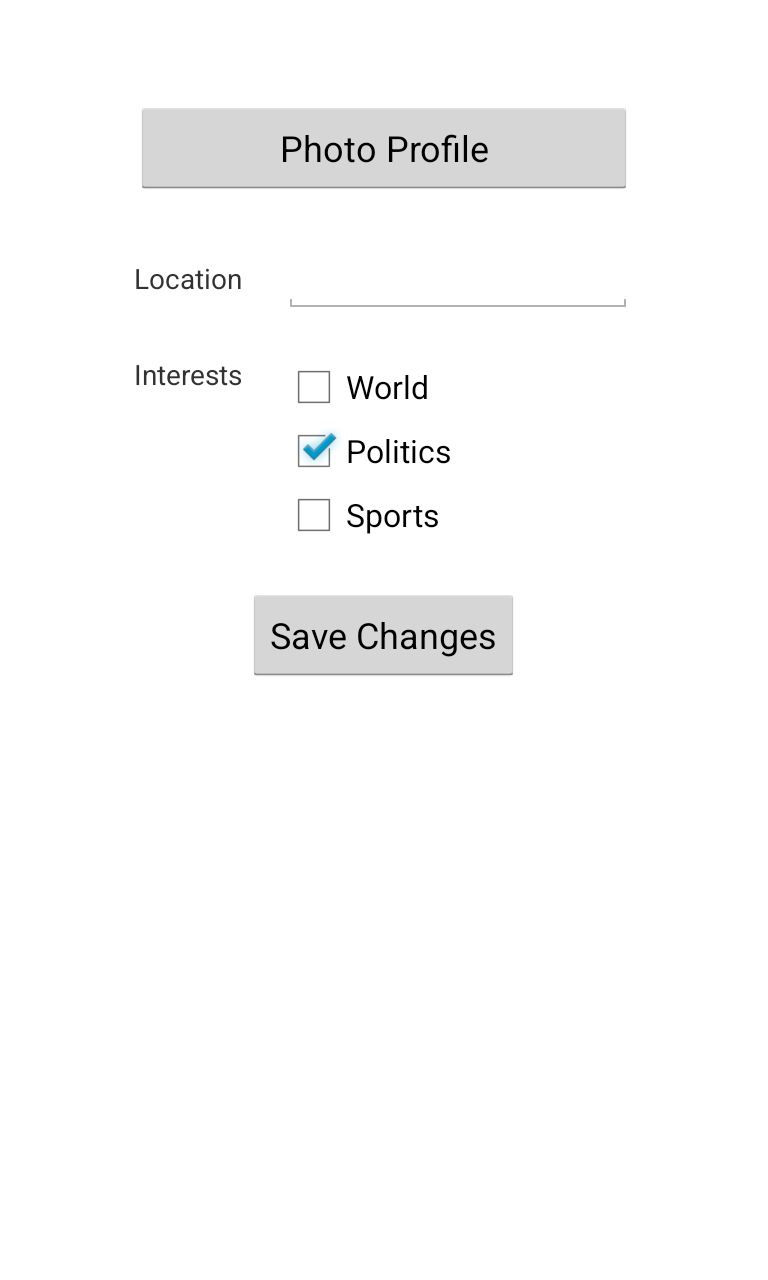
Repository: elvispap/The_Voice_of_People_Android_app
Layout: Voice of People/res/layout/profile_settings.xml
An editor plug-in stored every save of this project. The layout is shown before and after the next save, followed by the edit.
It is drawn on a 768 x 1280 px phone screen (xhdpi) without system bars, with theme AppTheme; the app's code is not run.

Above is the layout before, as saved 2014-01-07 00:56:27.

After the next save:
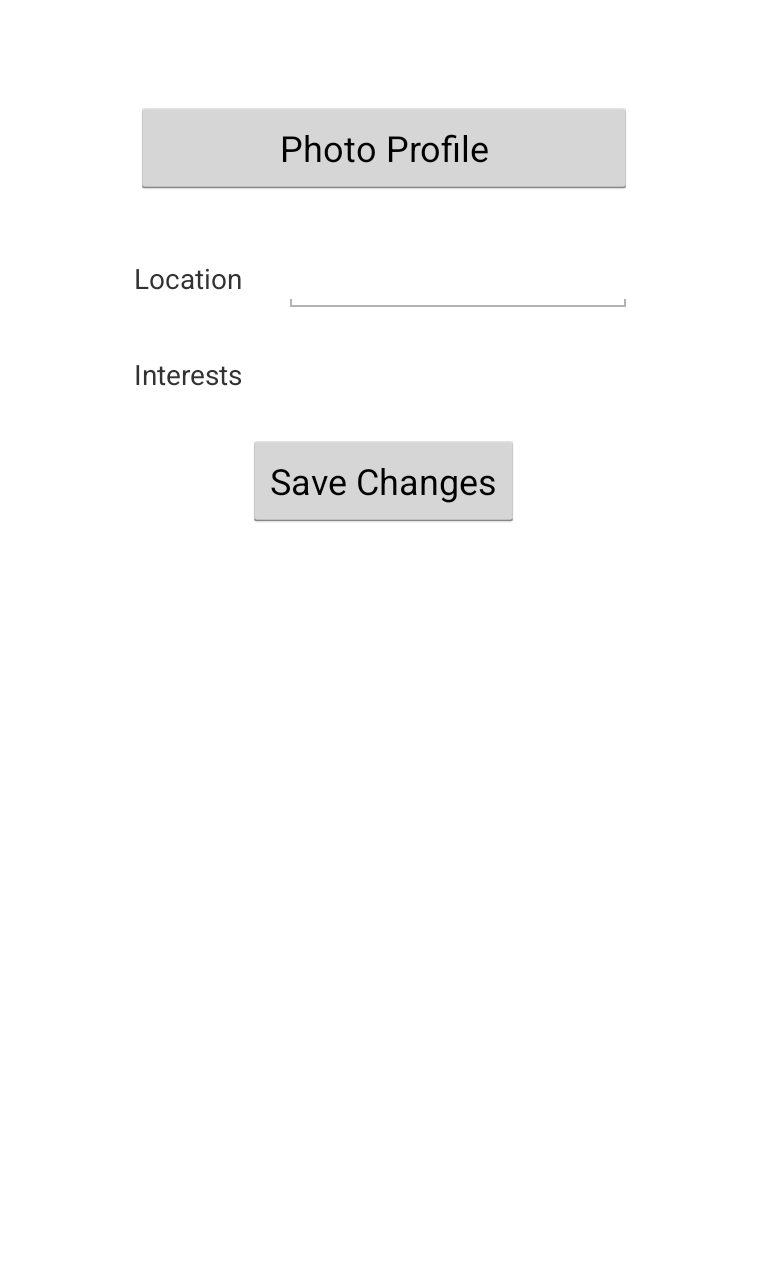
Saved 71 s later.
--- a/Voice of People/res/layout/profile_settings.xml
+++ b/Voice of People/res/layout/profile_settings.xml
@@ -53,33 +53,15 @@
 		            android:layout_width="wrap_content"
 		            android:layout_height="wrap_content"
 		            android:text="Interests" />
+
 	            <LinearLayout android:id="@+id/interests"
 	                android:layout_width="250dp"
 				    android:layout_height="wrap_content"
 				    android:orientation="vertical"
 				    android:layout_gravity="center_horizontal"
 				    android:layout_marginLeft="20dp">
-				    <CheckBox
-				        android:id="@+id/chkIos"
-				        android:layout_width="wrap_content"
-				        android:layout_height="wrap_content"
-				        android:text="World" />
 
-				    <CheckBox
-				        android:id="@+id/chkAndroid"
-				        android:layout_width="wrap_content"
-				        android:layout_height="wrap_content"
-				        android:text="Politics"
-				        android:checked="true" />
-
-				    <CheckBox
-				        android:id="@+id/chkWindows"
-				        android:layout_width="wrap_content"
-				        android:layout_height="wrap_content"
-				        android:text="Sports" />
-
-
-				</LinearLayout>
+			</LinearLayout>
      </LinearLayout>
 
     <Button
